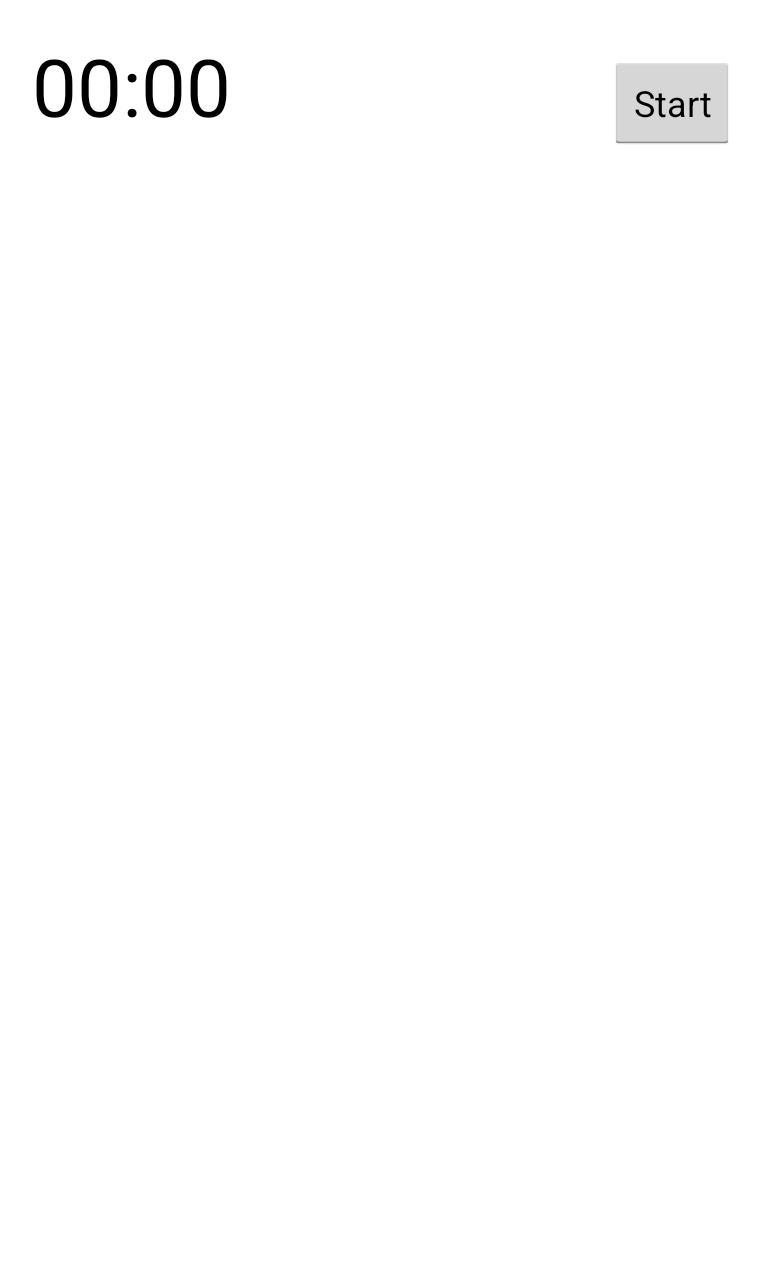
Repository: albertowusuasare/CustomStopWatch
Layout: CustomStopWatch/res/layout/activity_timer.xml
An editor plug-in stored every save of this project. The layout is shown before and after the next save, followed by the edit.
It is drawn on a 768 x 1280 px phone screen (xhdpi) without system bars, with theme AppTheme; the app's code is not run.

Above is the layout before, as saved 2014-09-25 02:46:18.

### CustomStopWatch/res/layout/activity_timer.xml
<LinearLayout xmlns:android="http://schemas.android.com/apk/res/android"
    xmlns:tools="http://schemas.android.com/tools"
    android:layout_width="match_parent"
    android:layout_height="match_parent"
    android:paddingBottom="@dimen/activity_vertical_margin"
    android:paddingLeft="@dimen/activity_horizontal_margin"
    android:paddingRight="@dimen/activity_horizontal_margin"
    android:orientation="hroizontal"
    android:paddingTop="@dimen/activity_vertical_margin"
    tools:context="com.example.customstopwatch.TimerActivity" >

    <Chronometer
        android:id="@+id/chronometer1"
        android:layout_width="0dp"
        android:layout_height="wrap_content"
        android:layout_weight="0.25"
        android:format="%s"
        android:text="Chronometer"
        android:textSize="40sp" />

    <Button
        android:id="@+id/start_button"
        android:layout_width="wrap_content"
        android:layout_height="wrap_content"
        android:text="@string/StartButton" />

</LinearLayout>

### CustomStopWatch/res/values/strings.xml
<?xml version="1.0" encoding="utf-8"?>
<resources>

    <string name="app_name">CustomStopWatch</string>
    <string name="hello_world">Hello world!</string>
    <string name="action_settings">Settings</string>
    <string name="app_id">724899087577885</string>
    <string name="AppName">STVP WVTCH</string>
    <string name="StartButton">Start</string>
     <string name="StopButton">Stop</string>
    <string name="title_activity_timer">TimerActivity</string>

</resources>

Loaded but not shown: CustomStopWatch/res/values/styles.xml (common file); CustomStopWatch/res/values-v11/styles.xml (common file); CustomStopWatch/res/values-v14/styles.xml (common file); CustomStopWatch/res/values/dimens.xml (common file); CustomStopWatch/res/values-w820dp/dimens.xml (common file)

After the next save:
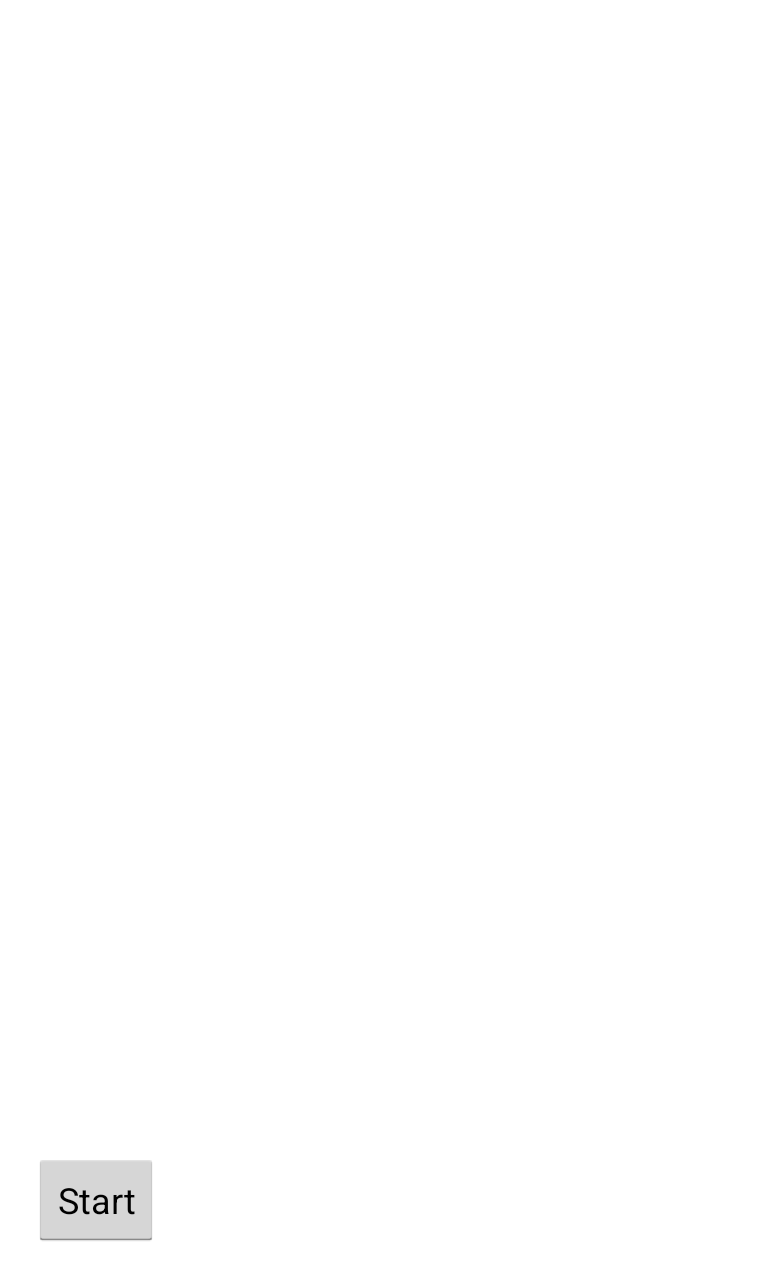
Saved 25 s later.
--- a/CustomStopWatch/res/layout/activity_timer.xml
+++ b/CustomStopWatch/res/layout/activity_timer.xml
@@ -5,8 +5,8 @@
     android:paddingBottom="@dimen/activity_vertical_margin"
     android:paddingLeft="@dimen/activity_horizontal_margin"
     android:paddingRight="@dimen/activity_horizontal_margin"
-    android:orientation="hroizontal"
     android:paddingTop="@dimen/activity_vertical_margin"
+    android:orientation="vertical"
     tools:context="com.example.customstopwatch.TimerActivity" >
 
     <Chronometer
